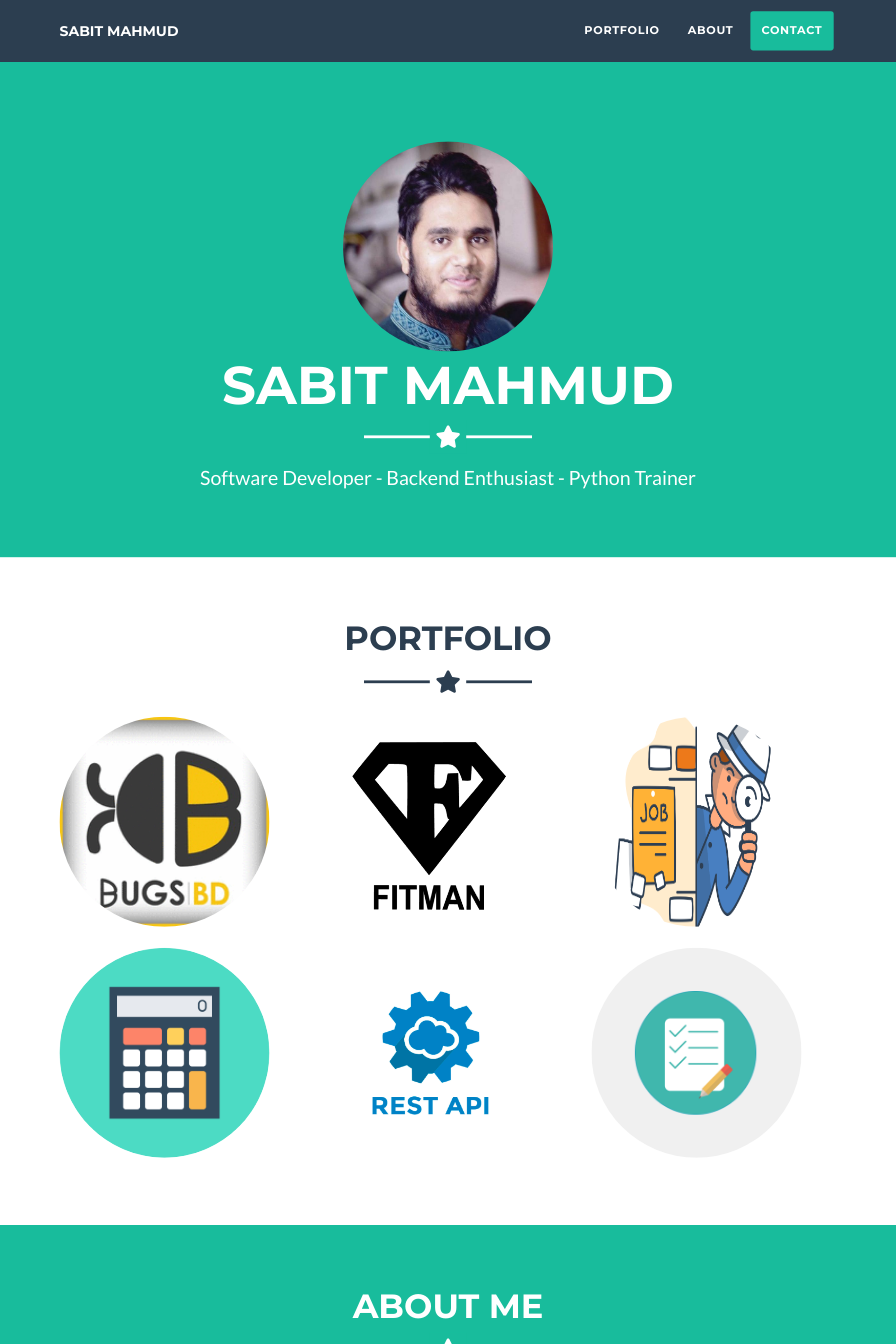
Repository: SabitDeepto/portfolio
Page: index.html
The author's editor kept a copy of each file at every save. The page is drawn from the files as they stood at one save, then again after the next save.
The browser window is 1280 px wide. The pictures show the part of the page from y = 0 to 1920 px (the page is 3522 px tall before and 2554 px after), at 70% of full size.

Above is the page before, as saved 2019-04-05 12:22:43.

After the next save:
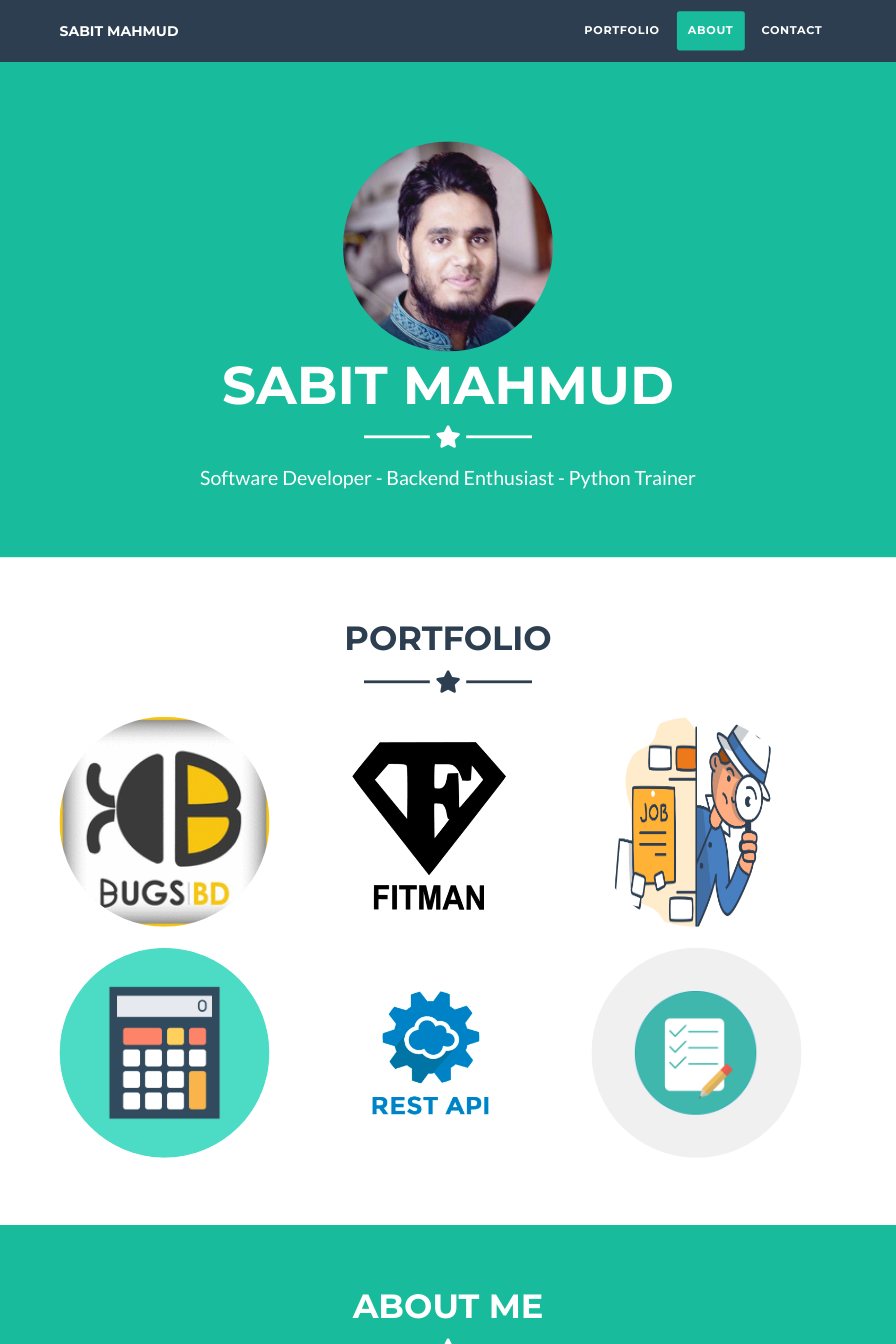
Saved 104 s later.
--- a/index.html
+++ b/index.html
@@ -156,54 +156,7 @@
     </div> -->
   </section>
 
-  <!-- Contact Section -->
-  <section id="contact">
-    <div class="container">
-      <h2 class="text-center text-uppercase text-secondary mb-0">Contact Me</h2>
-      <hr class="star-dark mb-5">
-      <div class="row">
-        <div class="col-lg-8 mx-auto">
-          <!-- To configure the contact form email address, go to mail/contact_me.php and update the email address in the PHP file on line 19. -->
-          <!-- The form should work on most web servers, but if the form is not working you may need to configure your web server differently. -->
-          <form name="sentMessage" id="contactForm" novalidate="novalidate">
-            <div class="control-group">
-              <div class="form-group floating-label-form-group controls mb-0 pb-2">
-                <label>Name</label>
-                <input class="form-control" id="name" type="text" placeholder="Name" required="required" data-validation-required-message="Please enter your name.">
-                <p class="help-block text-danger"></p>
-              </div>
-            </div>
-            <div class="control-group">
-              <div class="form-group floating-label-form-group controls mb-0 pb-2">
-                <label>Email Address</label>
-                <input class="form-control" id="email" type="email" placeholder="Email Address" required="required" data-validation-required-message="Please enter your email address.">
-                <p class="help-block text-danger"></p>
-              </div>
-            </div>
-            <div class="control-group">
-              <div class="form-group floating-label-form-group controls mb-0 pb-2">
-                <label>Phone Number</label>
-                <input class="form-control" id="phone" type="tel" placeholder="Phone Number" required="required" data-validation-required-message="Please enter your phone number.">
-                <p class="help-block text-danger"></p>
-              </div>
-            </div>
-            <div class="control-group">
-              <div class="form-group floating-label-form-group controls mb-0 pb-2">
-                <label>Message</label>
-                <textarea class="form-control" id="message" rows="5" placeholder="Message" required="required" data-validation-required-message="Please enter a message."></textarea>
-                <p class="help-block text-danger"></p>
-              </div>
-            </div>
-            <br>
-            <div id="success"></div>
-            <div class="form-group">
-              <button type="submit" class="btn btn-primary btn-xl" id="sendMessageButton">Send</button>
-            </div>
-          </form>
-        </div>
-      </div>
-    </div>
-  </section>
+
 
   <!-- Footer -->
   <footer class="footer text-center">
